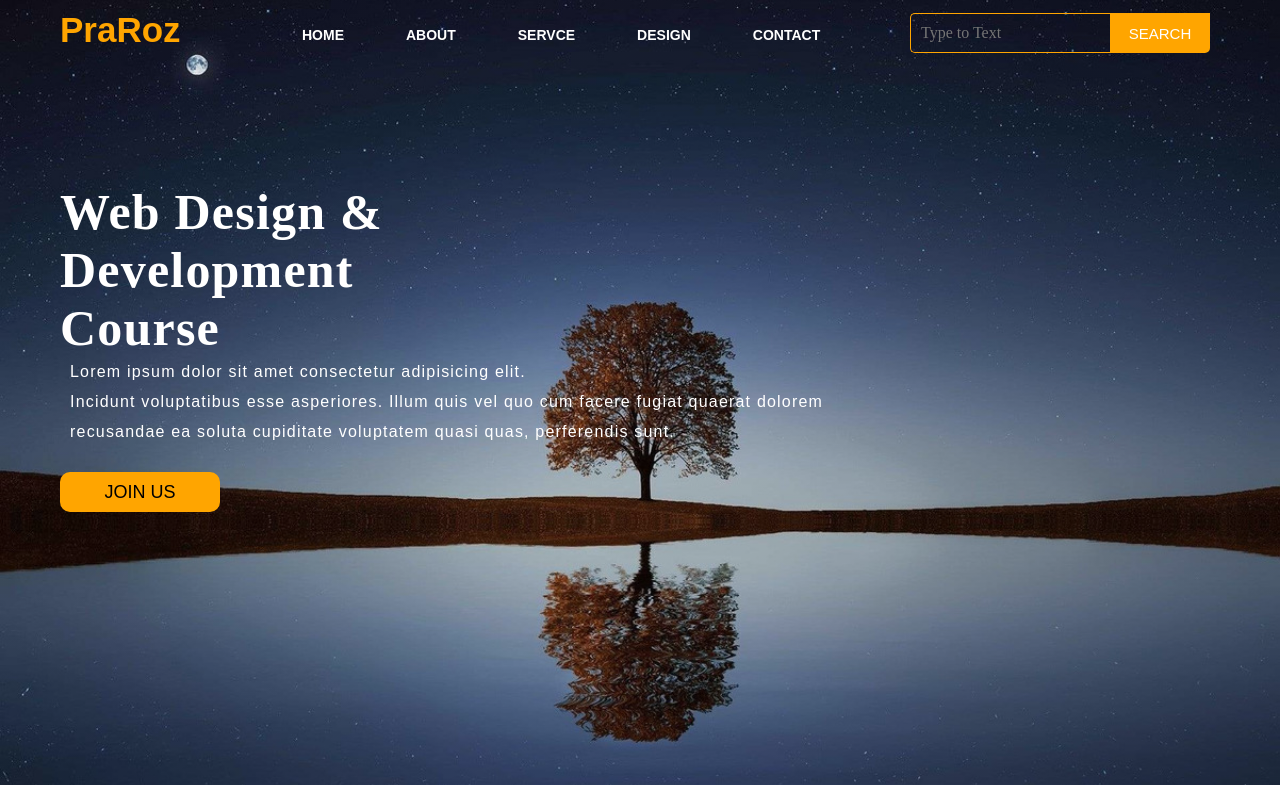
Repository: HuynhDuc23/project3
Page: index.html
The author's editor kept a copy of each file at every save. The page is drawn from the files as they stood at one save, then again after the next save.
The browser window is 1280 px wide. The pictures show the whole page.

Above is the page before, as saved 2023-05-04 15:33:25.

After the next save:
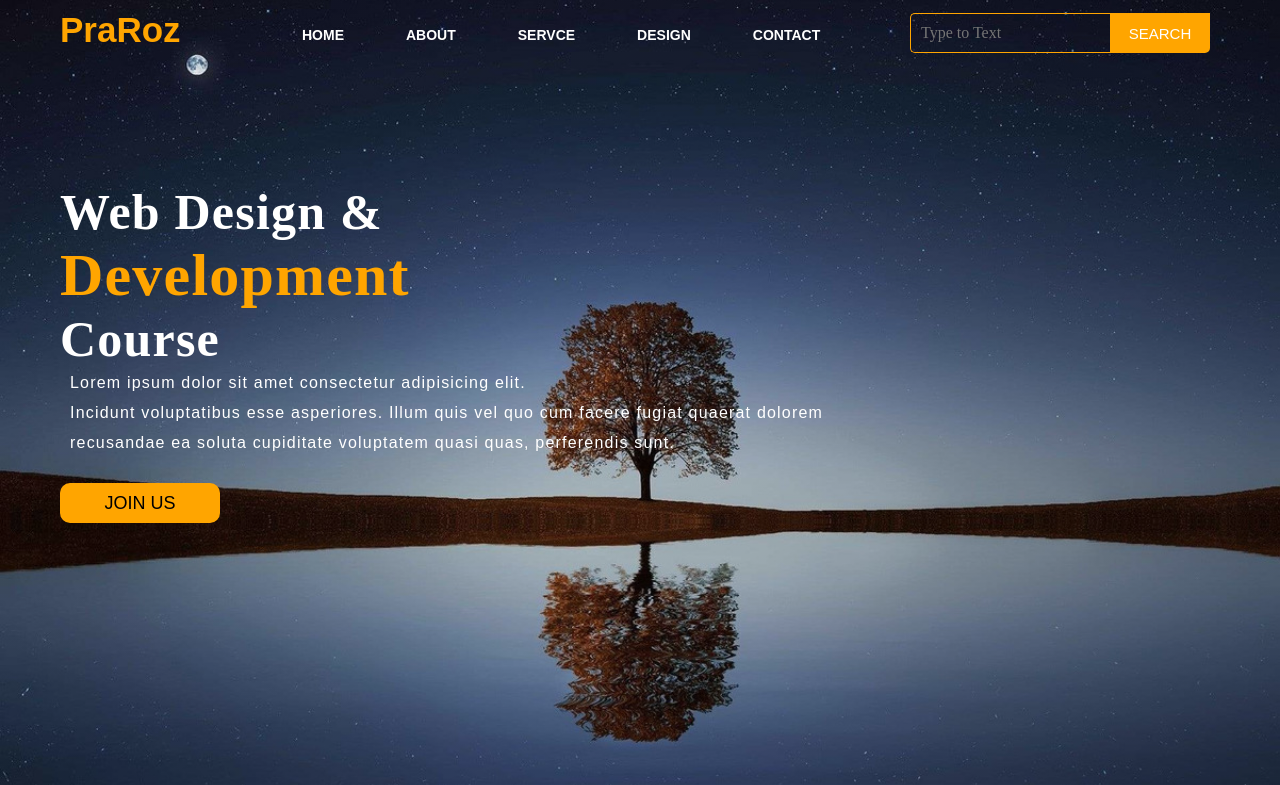
Saved 25 s later.
--- a/style.css
+++ b/style.css
@@ -146,3 +146,7 @@ ul li a:hover {
 .cn:hover {
     background-color: white;
 }
+.content span {
+    color: orange;
+    font-size: 60px;
+}
